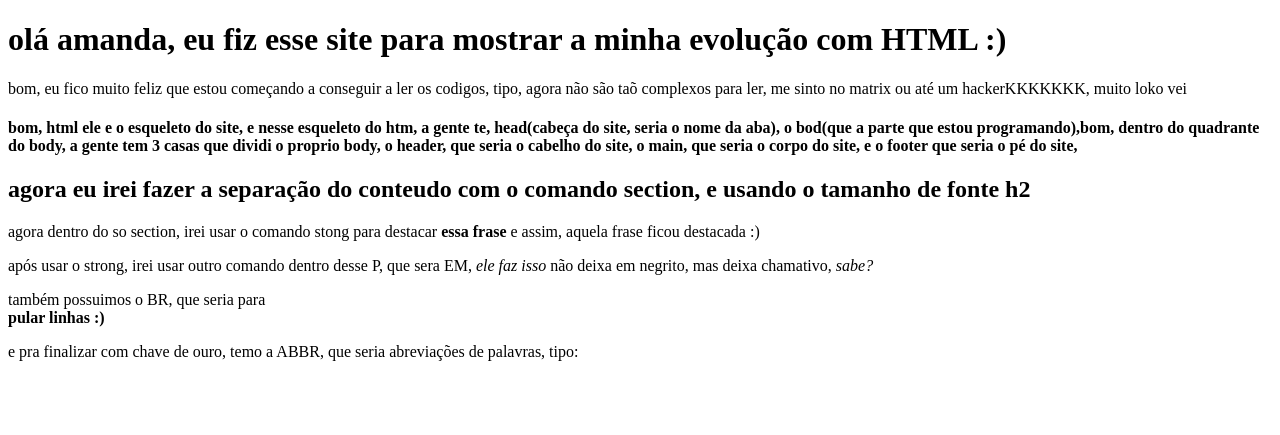
Repository: Jhones17/HTML-CURSO-V1
Page: index.html
An editor plug-in stored every save of this project. The page is shown before and after the next save, followed by the edit.
The browser window is 1280 px wide. The pictures show the whole page.

Above is the page before, as saved 2025-03-16 00:57:42.

### index.html
<!DOCTYPE html>
<html>
    <head>
        <title>CURSO HTML</title>
            <meta name="description" content="aqui você verá o meu conhecimento sobre HTML,
            o será um documentario do que eu aprendi com HTML, espero que se divirta e goste de o que eu aprendi :)">
            </head>
                  <body>
                      <header>
                    <h1>olá amanda, eu fiz esse site para mostrar a minha evolução com HTML :) </h1>
                <p>bom, eu fico muito feliz que estou começando a conseguir a ler os codigos, tipo,
                agora não são taõ complexos para ler, me sinto no matrix ou até um hackerKKKKKKK, muito loko vei
            </p>
        </header>
       <h4>  bom, html ele e o esqueleto do site, e nesse esqueleto do htm, a gente te, head(cabeça do site, seria o nome da aba),
         o bod(que a parte que estou programando),bom, dentro do quadrante do body, a gente tem 3
         casas que dividi o proprio body, o header, que seria o cabelho do site, o main, que seria o corpo do site, e o footer que seria o pé do site,</h4>
    <main>
   <section>
  <h2> agora eu irei fazer a separação do conteudo com o comando section, e usando o tamanho de fonte h2
</h2>
<p> agora dentro do so section, irei usar o comando stong para destacar <strong> essa frase </strong> e assim, aquela frase ficou destacada :) </p>
<p> após usar o strong, irei usar outro comando dentro desse P, que sera EM, <em> ele faz isso</em> não deixa em negrito, mas deixa chamativo, <em> sabe?</em></p>
<p> também possuimos o BR, que seria para <br>
<strong> pular linhas :) </strong>  </p>
<p> e pra finalizar com chave de ouro, temo a ABBR, que seria abreviações de palavras, tipo: <br>  </p>


</section>


            </main>
        <footer></footer>
    </body>
 </html>

After the next save:
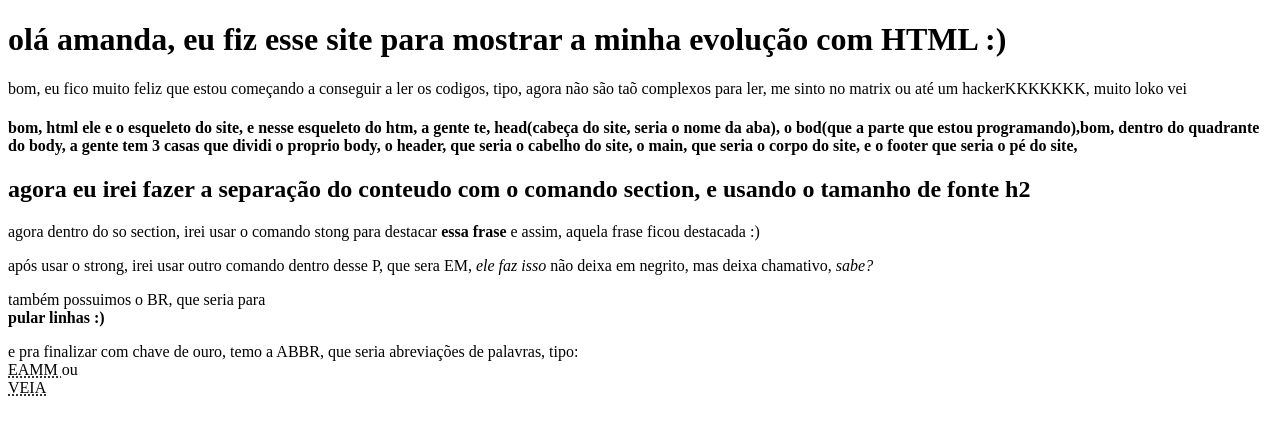
Saved 5 min 59 s later.
--- a/index.html
+++ b/index.html
@@ -23,7 +23,10 @@
 <p> após usar o strong, irei usar outro comando dentro desse P, que sera EM, <em> ele faz isso</em> não deixa em negrito, mas deixa chamativo, <em> sabe?</em></p>
 <p> também possuimos o BR, que seria para <br>
 <strong> pular linhas :) </strong>  </p>
-<p> e pra finalizar com chave de ouro, temo a ABBR, que seria abreviações de palavras, tipo: <br>  </p>
+<p> e pra finalizar com chave de ouro, temo a ABBR, que seria abreviações de palavras, tipo: <br>
+<abbr title="eu amo minha mulher"> EAMM </abbr> ou <br>
+<abbr title="você é incrivel amor <3">  VEIA </abbr> </p>
+
 
 
 </section>
